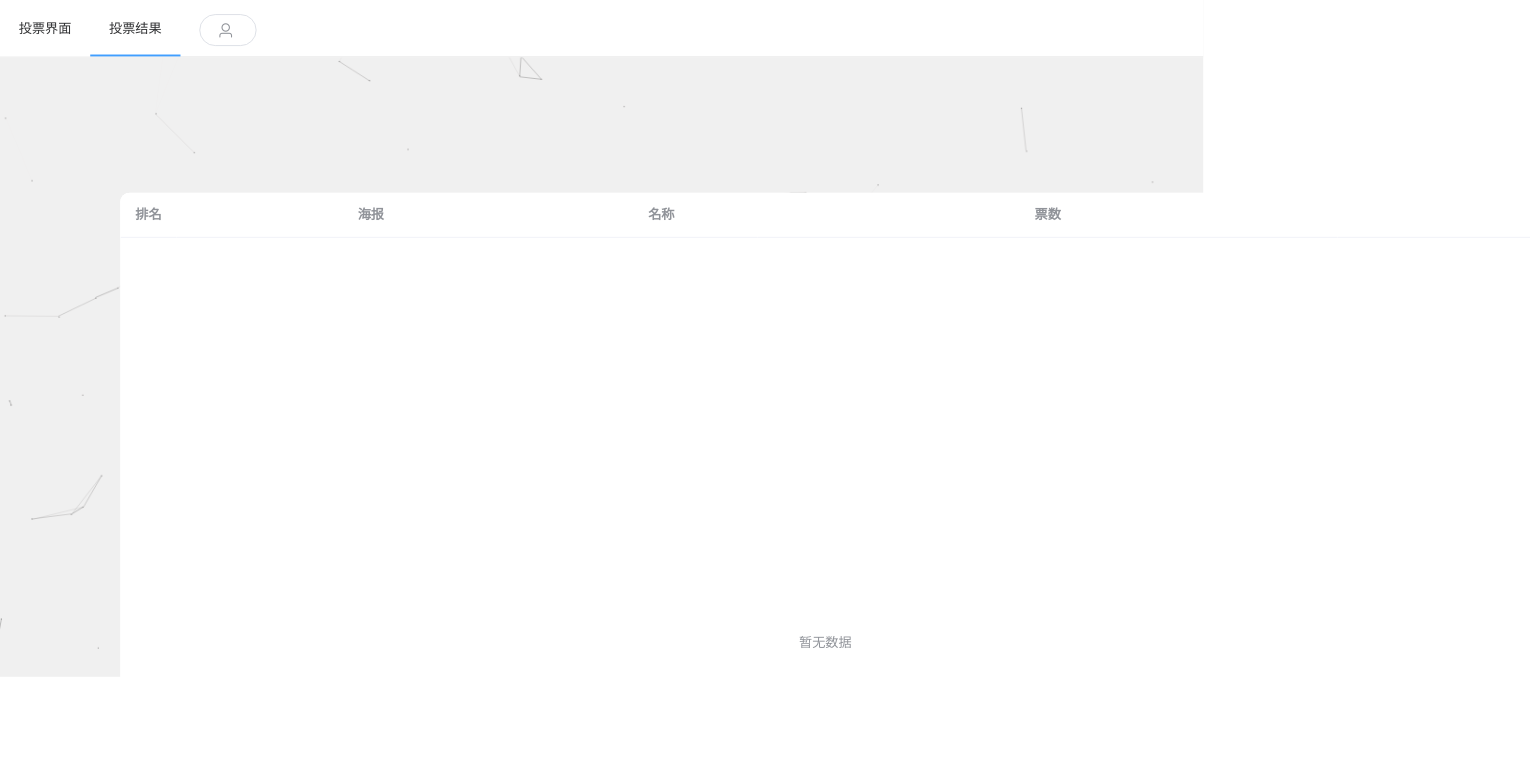
Repository: 280hhh/vote
Page: /#/result
The author's editor kept a copy of each file at every save. The page is drawn from the files as they stood at one save, then again after the next save.
The browser window is 1280 px wide. The page is 1628 px wide, so the pictures cover 1628 px, including what lies to the right of the window. The pictures show the whole page, at 94% of full size.
The project was rebuilt for these pictures with package versions that can differ from the ones it lists, and the page was loaded fresh each time. Also part of the build but not shown: src/components/login.vue, src/components/home.vue, src/components/register.vue.

Above is the page before, as saved 2021-06-16 00:53:10.

### public/index.html
<!DOCTYPE html>
<html lang="">
  <head>
    <meta charset="utf-8">
    <meta http-equiv="X-UA-Compatible" content="IE=edge">
    <meta name="viewport" content="width=device-width,initial-scale=1.0">
    <link rel="icon" href="<%= BASE_URL %>jr.jpg">
    <title>十大热门电影投票</title>
  </head>
  <body>
    <noscript>
      <strong>We're sorry but <%= htmlWebpackPlugin.options.title %> doesn't work properly without JavaScript enabled. Please enable it to continue.</strong>
    </noscript>
    <div id="app"></div>
    <!-- built files will be auto injected -->
  </body>
</html>

### src/App.vue
<template>
      <div id="app">
        <!-- 路由占位符 -->
        <div id="nav" v-if="$route.meta.keepAlive">
        <el-menu :default-active="this.$route.path" router class="el-menu-demo" mode="horizontal">
          <el-menu-item v-for="(item,i) in nvaList" :key="i" :index="item.name">
            <template slot="title">
             <span> {{ item.navItem }}</span>
           </template>
          </el-menu-item>
          <el-menu-item>
            <el-dropdown>
              <el-button icon="el-icon-user" size="mini" round></el-button>
              <el-dropdown-menu slot="dropdown">
                <div v-if="loginUser.username!=''">
                  <el-dropdown-item>用户:{{loginUser.username}}</el-dropdown-item>
                  <el-dropdown-item @click.native="logOut">退出</el-dropdown-item>
                </div>
                <div v-else>
                      <router-link to='/login'>
                        <el-dropdown-item>去登陆</el-dropdown-item>
                      </router-link>
                </div>
              </el-dropdown-menu>
            </el-dropdown>
          </el-menu-item>
        </el-menu>
    </div>
    <router-view></router-view>
    </div>
</template>

<script>
import Canvas from "../canvas-nest.min.js";
export default {
  name:"app",
  components:{
    Canvas
  },
  data(){
    return{
        loginUser:{
        username:'',
        email:'',
        password:'',
        checkPassword:'',
        phoneNumber:''
      },
      nvaList:[
        {name:'/home',navItem:'投票界面'},
        {name:'/result',navItem:'投票结果'}
      ],
    }
  },
  methods:{
    //点击退出登录时
      logOut(){
        for(var item in this.loginUser){
            this.loginUser[item]='';
        }
        localStorage.loginUser=JSON.stringify(this.loginUser);
        location.reload();
      }
  },
  mounted(){
        if(!window.localStorage) this.$message({showClose: true,message: '发生未知错误！',type: 'error'});
        //登录人信息初始化
        if(localStorage.loginUser!=null){
        this.loginUser=JSON.parse(localStorage.loginUser);
        //更新用户组和登陆人的票数和日期
        // this.oldMessage();
        for(var item in this.userGroup){
        }
            localStorage.loginUser=JSON.stringify(this.userGroup[item]);
            localStorage.userGroup=JSON.stringify(this.userGroup);
        }
  },
  created(){
}
}

</script>

<style>
body{
  margin: 0;
  padding: 0;
}
canvas{
    background: rgb(226, 225, 225);
    opacity: 0.3;
}
</style>

### src/router/index.js
import Vue from 'vue'
import VueRouter from 'vue-router'
import Login from '../components/login.vue'
import '../assets/css/global.css'
import Home from '../components/home.vue'
import Register from '../components/register.vue'
import Result from '../components/result.vue'


Vue.use(VueRouter)

const routes = [
  {path:'/',redirect:'/login',meta:{keepAlive:false}},
  {path:'/login',component:Login,meta:{keepAlive:false}},
  {path:'/home',component:Home,meta:{keepAlive:true}},
  {path:'/register',component:Register,meta:{keepAlive:false}},
  {path:'/result',component:Result,meta:{keepAlive:true}}
]

const router = new VueRouter({
  routes
})

export default router

### src/plugins/element.js
import Vue from 'vue'
import { Button } from 'element-ui'
import {Form,FormItem} from 'element-ui'
import {Input} from 'element-ui'
import {Message} from 'element-ui'
import {Menu} from 'element-ui'
import {MenuItem} from 'element-ui'
import {Submenu} from 'element-ui'
import {Dropdown,DropdownItem,DropdownMenu} from 'element-ui'
import {Dialog} from 'element-ui'
import {Table} from 'element-ui'
import {Progress} from 'element-ui'
import {TableColumn} from 'element-ui'

Vue.use(Button)
Vue.use(Form)
Vue.use(FormItem)
Vue.use(Input)
Vue.prototype.$message=Message
Vue.use(Menu)
Vue.use(MenuItem)
Vue.use(Submenu)
Vue.use(Dropdown)
Vue.use(DropdownItem)
Vue.use(DropdownMenu)
Vue.use(Dialog)
Vue.use(Table)
Vue.use(Progress)
Vue.use(TableColumn)

### canvas-nest.min.js
!function(){function o(w,v,i){return w.getAttribute(v)||i}function j(i){return document.getElementsByTagName(i)}function l(){var i=j("script"),w=i.length,v=i[w-1];return{l:w,z:o(v,"zIndex",-1),o:o(v,"opacity",0.5),c:o(v,"color","0,0,0"),n:o(v,"count",110)}}function k(){r=u.width=window.innerWidth||document.documentElement.clientWidth||document.body.clientWidth,n=u.height=window.innerHeight||document.documentElement.clientHeight||document.body.clientHeight}function b(){e.clearRect(0,0,r,n);var w=[f].concat(t);var x,v,A,B,z,y;t.forEach(function(i){i.x+=i.xa,i.y+=i.ya,i.xa*=i.x>r||i.x<0?-1:1,i.ya*=i.y>n||i.y<0?-1:1,e.fillRect(i.x-0.5,i.y-0.5,1,1);for(v=0;v<w.length;v++){x=w[v];if(i!==x&&null!==x.x&&null!==x.y){B=i.x-x.x,z=i.y-x.y,y=B*B+z*z;y<x.max&&(x===f&&y>=x.max/2&&(i.x-=0.03*B,i.y-=0.03*z),A=(x.max-y)/x.max,e.beginPath(),e.lineWidth=A/2,e.strokeStyle="rgba("+s.c+","+(A+0.2)+")",e.moveTo(i.x,i.y),e.lineTo(x.x,x.y),e.stroke())}}w.splice(w.indexOf(i),1)}),m(b)}var u=document.createElement("canvas"),s=l(),c="c_n"+s.l,e=u.getContext("2d"),r,n,m=window.requestAnimationFrame||window.webkitRequestAnimationFrame||window.mozRequestAnimationFrame||window.oRequestAnimationFrame||window.msRequestAnimationFrame||function(i){window.setTimeout(i,1000/45)},a=Math.random,f={x:null,y:null,max:20000};u.id=c;u.style.cssText="position:fixed;top:0;left:0;z-index:"+s.z+";opacity:"+s.o;j("body")[0].appendChild(u);k(),window.onresize=k;window.onmousemove=function(i){i=i||window.event,f.x=i.clientX,f.y=i.clientY},window.onmouseout=function(){f.x=null,f.y=null};for(var t=[],p=0;s.n>p;p++){var h=a()*r,g=a()*n,q=2*a()-1,d=2*a()-1;t.push({x:h,y:g,xa:q,ya:d,max:6000})}setTimeout(function(){b()},100)}();

### src/assets/css/global.css
html,
body,
#app{
  height: 100%;
  margin: 0;
  padding: 0;
}

### src/components/result.vue
<template>
  <div class="result_container">
    <div class="result_box">
      <el-table :data="contestants" stripe height="910" style="width:100%;" >
            <el-table-column width="60" label="排名" align="center">
                <template scope="scope"><span>{{scope.$index + 1}}</span></template>
            </el-table-column>
            <el-table-column min-width="2.1" label="海报" align="center">
                <template slot-scope="scope">
                <img :src="scope.row.src" class="head_pic" style="height:150px"/>
                </template>
            </el-table-column>
            <el-table-column prop="name" label="名称" min-width="1" align="center"></el-table-column>
            <el-table-column prop="votes" min-width="3" align="center" label="票数">
            <template slot-scope="scope">
            <el-progress :show-text="false" :stroke-width="18" :percentage="(scope.row.votes)" :color="colors" >
                </el-progress>
            </template>
            </el-table-column >
            <el-table-column prop="votes"  min-width="1"></el-table-column>
        </el-table>
    </div>
  </div>
</template>

<script>
export default {
data(){
  return{
    contestants:[],
    colors: [
          {color: '#1989fa', percentage: 20},
          {color: '#e6a23c', percentage: 40},
          {color: '#5cb87a', percentage: 60},
          {color: '#f56c6c', percentage: 80},
          {color: '#6f7ad3', percentage: 100}
        ],
  }
},
methods:{
  //进行排名
    sortBy(props) {
    return function(a,b) {
        return   b[props] - a[props];
    }}
},
mounted(){
  let a=JSON.parse(localStorage.contestants);
        for(var item in a){
            this.contestants.push(a[item]);
        }
        this.contestants.sort(this.sortBy("votes"));
  }
}
</script>

<style Lang="less" scoped>
.result_container{
  height: 100%;
}
.result_box{
  position: relative;
  height: 600px;
  width: 1500px;
  top: 20%;
  left: 10%;
  background-color: white;
  overflow: hidden;
  border-radius: 10px;
}
</style>

Loaded but not shown: src/main.js (common file)

After the next save:
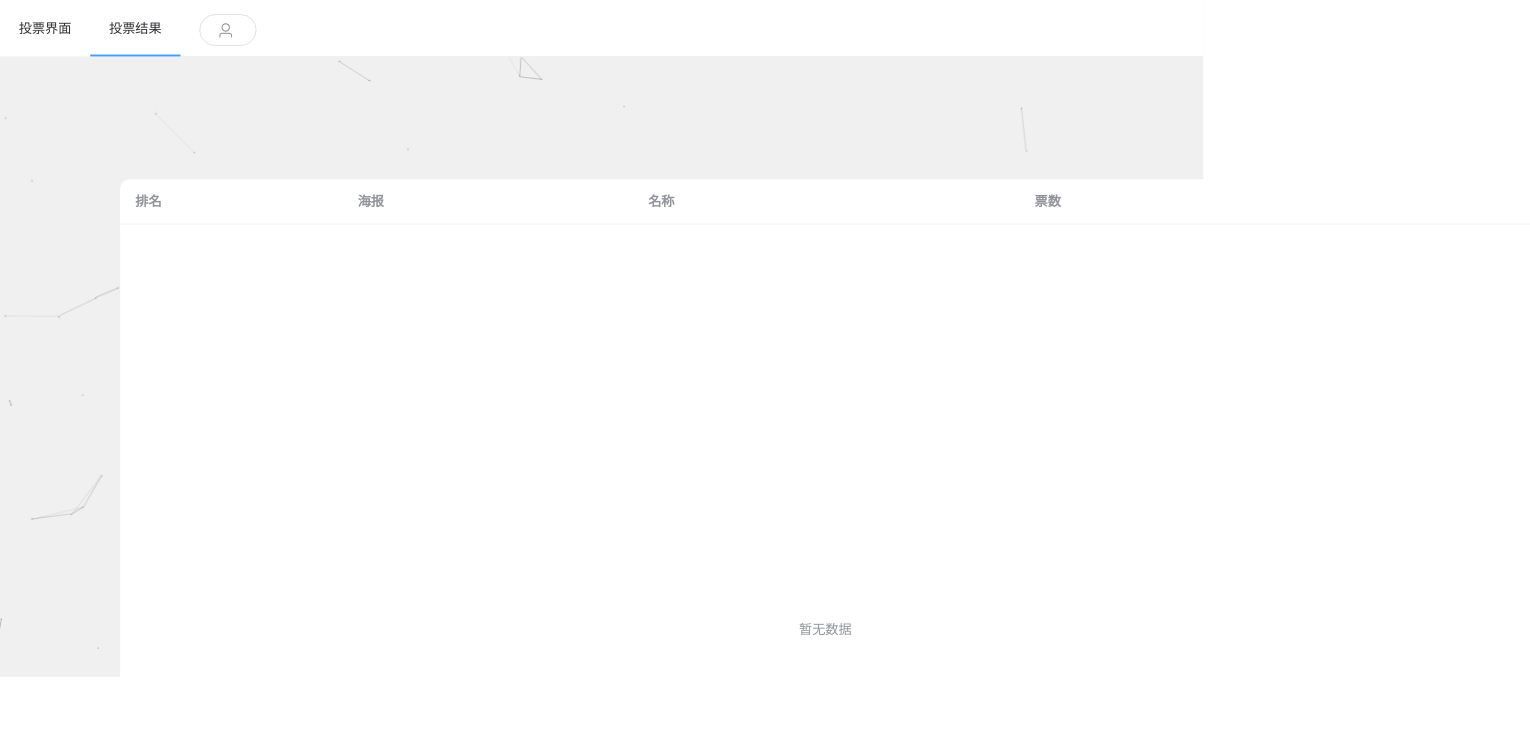
Saved 18 s later.
--- a/src/components/result.vue
+++ b/src/components/result.vue
@@ -62,7 +62,7 @@
   position: relative;
   height: 600px;
   width: 1500px;
-  top: 20%;
+  top: 18%;
   left: 10%;
   background-color: white;
   overflow: hidden;
